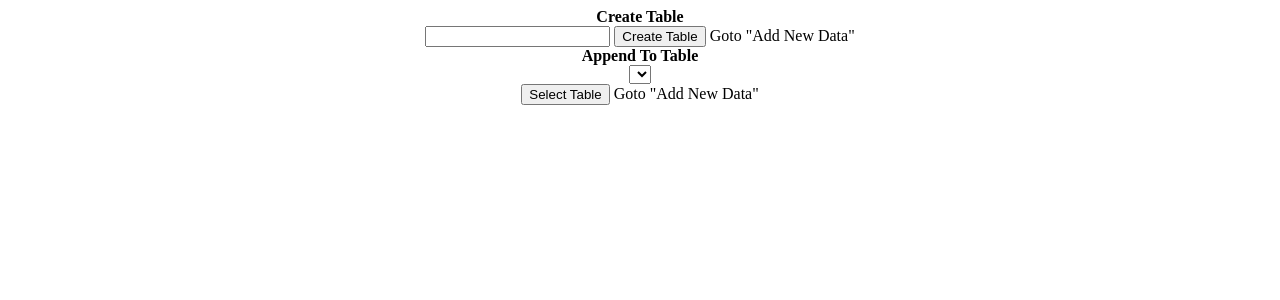
Repository: kemiporto/cmpe272-group12
Page: http://localhost/ESPAWSProject/createTable.jsp
An editor plug-in stored every save of this project. The page is shown before and after the next save, followed by the edit.
The browser window is 1280 px wide. The pictures show the whole page.
The page is served by Tomcat 9. Other server files are loaded and not shown.

Above is the page before, as saved 2014-04-18 05:22:57.

### AWS/ESPAWSProject/WebContent/createTable.jsp
<html>
<head>
<title>Create Table</title>
</head>

<body>
	<div>
		<div style="font-weight: bold; text-align: center">Create Table</div>
		<div style="text-align: center">
			<input type="text" vaue="Table Name" />
			<input type="button" value="Create Table" /> Goto "Add New Data"
		</div>

		<div style="font-weight: bold; text-align: center">Append To
			Table</div>
		<div style="text-align: center">
			<select>
				<option value="Table Name"></option>
			</select>
		</div>
		<div style="text-align: center">
			<input type="button" value="Select Table" /> Goto "Add New Data"
		</div>
	</div>
</body>
</html>

After the next save:
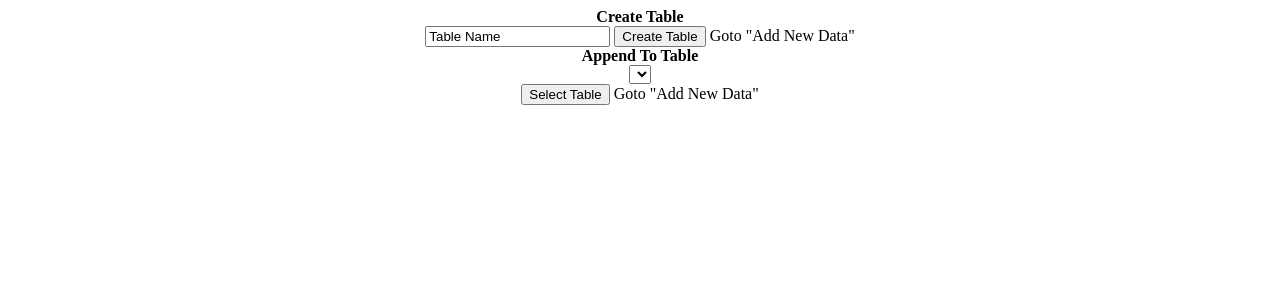
Saved 8 s later.
--- a/AWS/ESPAWSProject/WebContent/createTable.jsp
+++ b/AWS/ESPAWSProject/WebContent/createTable.jsp
@@ -7,7 +7,7 @@
 	<div>
 		<div style="font-weight: bold; text-align: center">Create Table</div>
 		<div style="text-align: center">
-			<input type="text" vaue="Table Name" />
+			<input type="text" value="Table Name" />
 			<input type="button" value="Create Table" /> Goto "Add New Data"
 		</div>
 

After the save that followed:
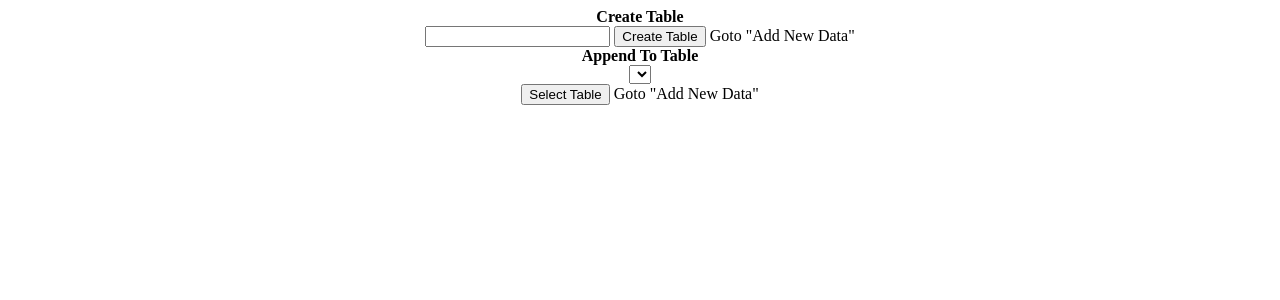
Saved 14 s later.
--- a/AWS/ESPAWSProject/WebContent/createTable.jsp
+++ b/AWS/ESPAWSProject/WebContent/createTable.jsp
@@ -7,7 +7,7 @@
 	<div>
 		<div style="font-weight: bold; text-align: center">Create Table</div>
 		<div style="text-align: center">
-			<input type="text" value="Table Name" />
+			<input type="text" value="" />
 			<input type="button" value="Create Table" /> Goto "Add New Data"
 		</div>
 
